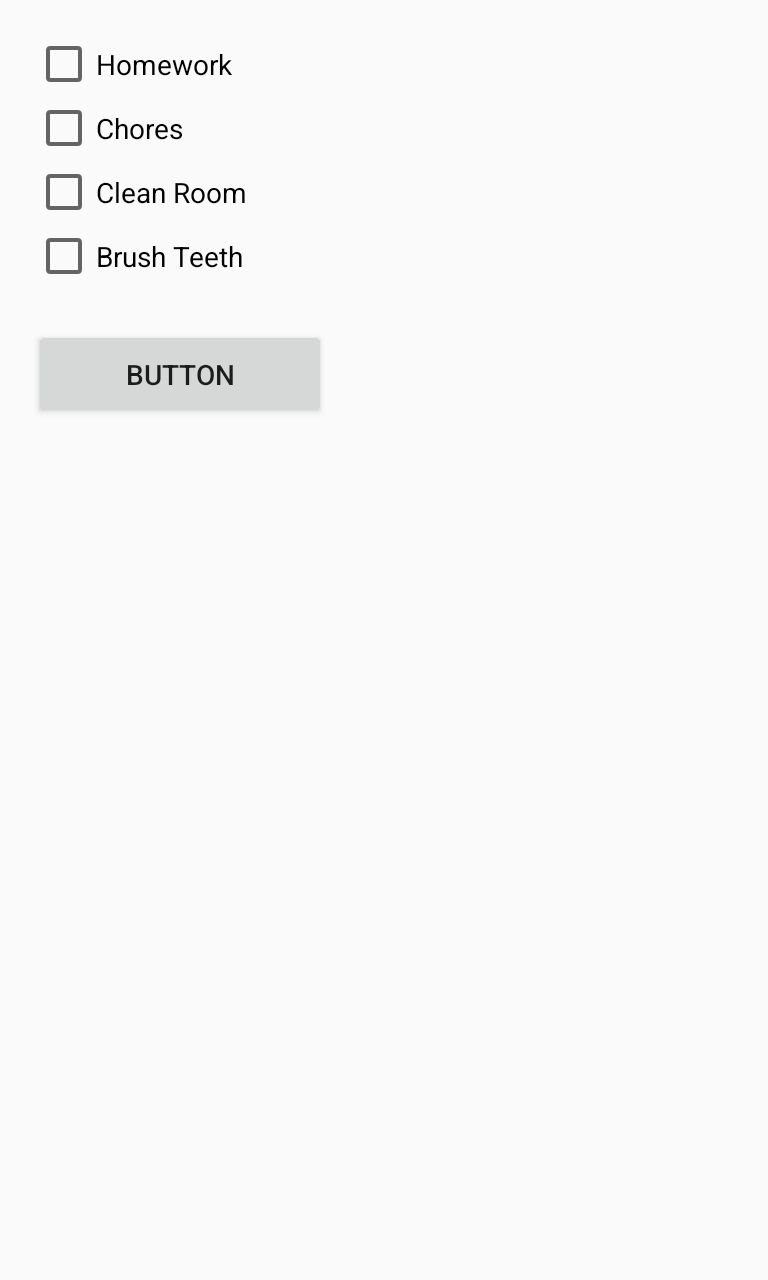
Repository: g80349/Java1
Layout: Week1 Project/ToDoList/res/layout/fragment_main.xml
The author's editor kept a copy of each file at every save. The layout is drawn from the files as they stood at one save, then again after the next save.
It is drawn on a 768 x 1280 px phone screen (xhdpi) without system bars, with theme AppTheme; the app's code is not run. The app's manifest (not shown) leaves right-to-left support off. So textAlignment, textDirection and layoutDirection are ignored, and left and right values win over start and end ones.

Above is the layout before, as saved 2014-04-03 16:48:54.

After the next save:
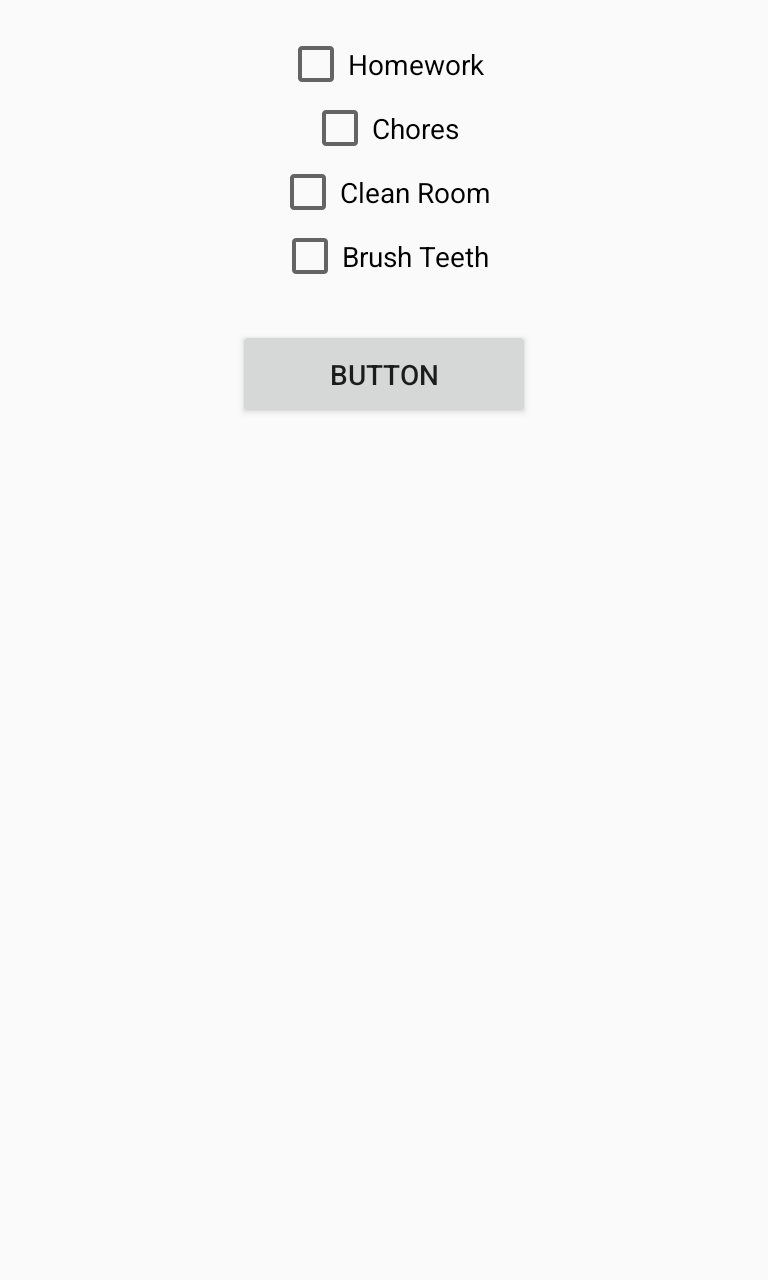
Saved 52 s later.
--- a/Week1 Project/ToDoList/res/layout/fragment_main.xml
+++ b/Week1 Project/ToDoList/res/layout/fragment_main.xml
@@ -2,6 +2,7 @@
     xmlns:tools="http://schemas.android.com/tools"
     android:layout_width="match_parent"
     android:layout_height="match_parent"
+    android:gravity="center_horizontal"
     android:orientation="vertical"
     android:paddingBottom="@dimen/activity_vertical_margin"
     android:paddingLeft="@dimen/activity_horizontal_margin"
